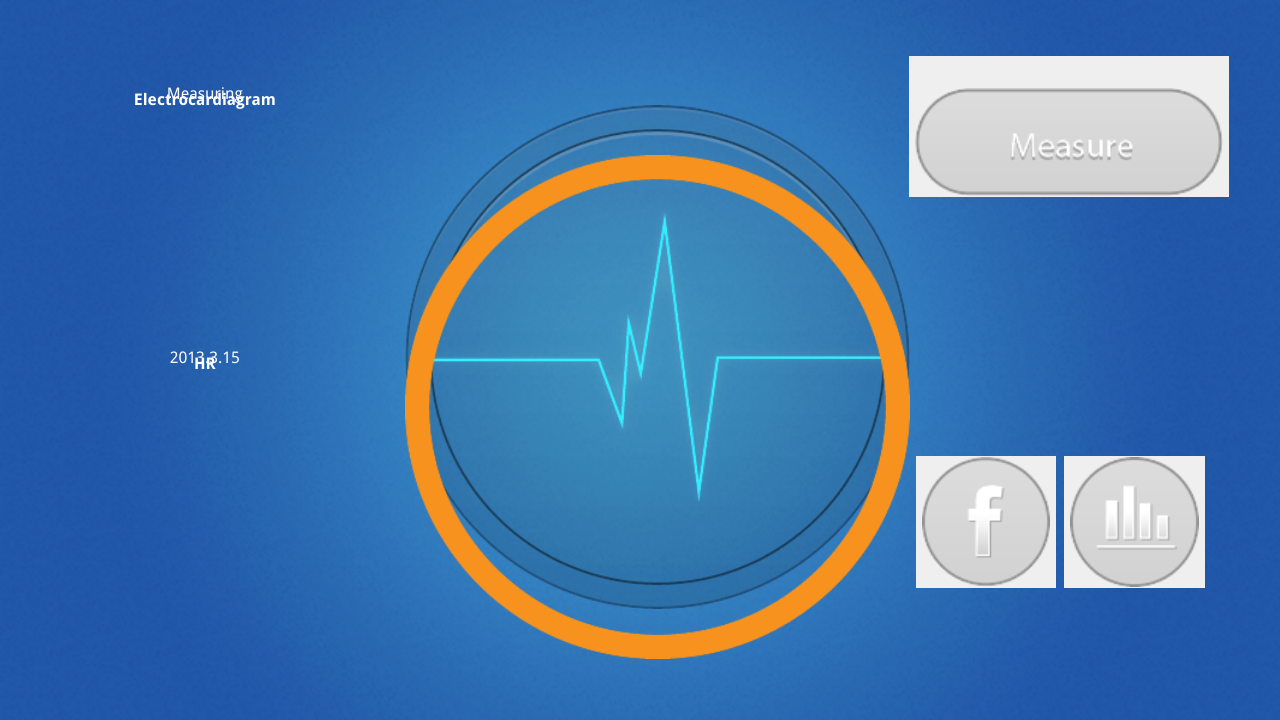
Repository: chouwill79131/IEcontest
Page: BluetoothChat/assets/main.html
An editor plug-in stored every save of this project. The page is shown before and after the next save, followed by the edit.
The browser window is 1280 px wide. The pictures show the whole page.

Above is the page before, as saved 2013-03-08 18:34:18.
Console error: TypeError: Cannot set properties of null (setting 'innerHTML')

### BluetoothChat/assets/main.html
<html>
  <head>
    <meta http-equiv="Content-Type" content="text/html; charset=utf-8"/>
    <link href="main.css" rel="stylesheet"/>
    <script src="jquery.js"></script>
    <script src="highcharts.js"></script>
    <script src="delay.js"></script>
    <script src="main.js"></script>
  </head>
  <body>
    <div id="main" >
    	<div class="left">
			<div class="text">
				<div class="word">Electrocardiagram</div><br />
				<div class="subword">Measuring</div><br />

				<div class="hr">HR</div><br />
				<div class="date">2013.3.15</div>
			</div>

		</div>

		<div class="mid">
			<img class="rhythm" src="button/rhythm.png" />
			<img class="circle" src="button/circle.png" />
		</div>

		<div class="right">
			<button class="measure"><img src="button/Measure.png" /></button><br />
			<button class="share" ><img src="button/Share.png" /></button>
			<button class="record"><img src="button/Record.png" /></button>
		</div>




	</div>
  </body>
</html>

### BluetoothChat/assets/main.css
@font-face {
    font-family: droidsans;
    src: url(fonts/droidsans.ttf);
}

@font-face {
    font-family: DroidSans-Bold;
    src: url(fonts/DroidSans-Bold.ttf);
}

@font-face {
    font-family: DroidSans-Italic;
    src: url(fonts/DroidSans-Italic.ttf);
}


body { margin:0; padding:0; }
#main { width: auto; height: 100%; background-image: url(button/background.png); background-size: 100% 100%; }
.left, .mid, .right {float: left; height: 100%; }


.left {  width: 28%; padding-left:2%;}
.text, .hr , .date{ text-align: center; color:white;}
.word { margin-top: 25%;  font-family: DroidSans-Bold ;}
.subword, .date { margin-top:-12%; font-family: droidsans ;}
.hr {   margin-top: 65%;  font-family: DroidSans-Bold }
.date { font-family: droidsans ;}

.mid { width: 41%; }
.rhythm, .circle { width: auto; height:70%; margin-left: 4%; }
.rhythm { margin-top: 20%; z-index: 1; }
.circle { margin-top: -86.5%; z-index: 2; position: relative;}

.right { width: 29%; }
.right button { float: left; border: none;  }
.measure img {margin-top: 10%; width: auto;  height:15%; }
.share img, .record img { width: auto;  height:18%; }
.measure { margin-left: 0%; margin-top: 15%; }
.share, .record { margin-top: 70%; margin-left: 2%; }


<!--
border? font? .record_top
-->

### BluetoothChat/assets/delay.js

$(function(){
setTimeout(function(){
$.getScript("dy_chart.js");
},200)
})

### BluetoothChat/assets/main.js
var chart;
var step = 0.01;	//step0.008每秒125點	//0.005極限
var xstart = step;
var hr = "--";
var score = "--";
var index;
$(document).ready(function ready() {

    var s = "";
    var theDate = new Date();
    s += theDate.getYear()+1900 + ".";                //  年
    s += (theDate.getMonth() + 1) + ".";				// 月
    s += theDate.getDate(); 							// 日
    document.getElementById("date").innerHTML = s;
    index = document.getElementById("main").innerHTML; //保留首頁

    $(".measure").live("click", function() {
      measure();
    }); //click .measure


}); //(document).ready

function shared(){
	view1 = document.getElementById("rhythm").innerHTML;
	document.getElementById("rhythm").innerHTML = view1+'<img class="stop" src="button/complete.png" style="width:100%; margin-top: -50% ;z-index:5;position: relative;" />';
	$("#main").live("click", function() {
      document.getElementById("rhythm").innerHTML = view1;
    });
}

function complete(hr1,score1){
  hr = hr1;
  score = score1;
  view = document.getElementById("dy_chart").innerHTML;
  document.getElementById("dy_chart").innerHTML = view+'<img class="stop" src="button/Completed.png" style="width:50%; margin: -20% 0% 0% 25%; z-index:2;position: relative;" />';
  $(".stop").html('<img src="button/Continue.png" />');
}

function addSomething(a) {
  for (var i in a){
    chart.series[0].addPoint([xstart,a[i]],false,true);
    xstart += step;
  }
  chart.redraw();
}

function history(history){
	view2 = document.getElementById("main").innerHTML;
    $("#main").html(
    '<div class="main1">'+
	'<div class="contain">'+
	'<div id="dy_chart" style="z-index:1;position: relative;"></div>'+
	'</div>'+
	'<div id="foot">'+
	'<button class="stop">'+
	'<img src="button/Back.png" />'+
	'</button>'+
	'</div>'+
    '</div>'
    );

    Highcharts.setOptions({
      global: {
	useUTC: true
      }
    });

    hischart = new Highcharts.Chart({
      chart: {
		renderTo: 'dy_chart',
		backgroundColor: 'transparent',
		type: 'line',
      },
      title: {
		style:{ color: '#FFFFFF'},
		text: 'Measure history',
      },
      credits: {			// highchart.com
		enabled:false
      },
      legend: {  			// 線的標示
        enabled: false
      },
      xAxis: {
      	type: 'datetime',
		dateTimeLabelFormats: { // don't display the dummy year
	  		month: '%e. %b',
	  		year: '%b'
		},
		lineColor: '#FFFFFF',
		labels: {
	  		style: {
				color: '#FFFFFF',
			}
		}
	  },
	  yAxis: {
	    title: {text: 'Feeling',
	    			style: {
						color: '#FFFFFF',
					}
				},
	  	gridLineColor: '#FFFFFF',
	  	labels: {
	  		style: {
				color: '#FFFFFF',
			}
		}
	  },
	  plotOptions: {
                line: {
                    dataLabels: {
                        enabled: true,
                        color: '#FFFFFF',
                    },
                    enableMouseTracking: true,
                }
      },
	series: [{
	  name: 'measure history',
	  color: '#FFFFFF',
	  data: history
	}],
    });

    $(".stop").live("click", function(){
 //     hr = "--";
      $(".main1").html(view2);
 //     document.getElementById("hr").innerHTML = hr;
    });
};// .record click

function measure(){
	xstart = 0.01;
	$("#main").html('<div class="main1">'+
		'<div class="contain">'+
		'<div id="dy_chart" style="z-index:1;position: relative;"></div>'+
		'</div>'+
		'<div id="foot">'+
		'<button class="stop" onclick="window.MyHandler.disconnect()">'+
		'<img src="button/Stop.png" />'+
		'</button>'+
		'</div>'+
      	'</div>');
    Highcharts.setOptions({
      global: {useUTC: true }
    });
    chart = new Highcharts.Chart({
      chart: {
		renderTo: 'dy_chart',
		backgroundColor: 'transparent',
		type: 'spline',
		marginRight: 10,
      },
      credits: {enabled:false},
      title: {
		style:{ color: '#FFFFFF'},
		text: 'Electrondiagram',
      },
      xAxis: {
		type: 'x Axis',
		style:{ color: '#FFFFFF'},
		tickPixelInterval: 100,
		lineColor: '#FFFFFF',
		labels: {style: {color: '#FFFFFF'}},
      },
      yAxis: {
      	title: {
      		text: 'Score',
      		style: {color: '#FFFFFF'}},
	  		gridLineColor: '#FFFFFF',
	  		labels: {style: {color: '#FFFFFF'}},
			//max:1500,
			//min:0,
			title: {
	  			style:{ color: '#FFFFFF'},
	  			text: 'PPG'
	  		},
			plotLines: [{value: 0,width: 1}]
      	},
      	legend: {enabled: false},
      	exporting: {enabled: false},
      	plotOptions: {
			spline: {
	  			lineWidth: 1,
	  			states: {
	    			hover: {
	      				enabled: false,
	      				lineWidth: 2
	    			}
	  			},
	  		marker: {
	    		enabled: false,
	    		states: {
	      			hover: {
						enabled: false,
	      			}
	    		}
	  		},
		}
      }, // yAxis
      series: [{
		name: 'Data',
		color: '#FFFFFF',
		data: (function() {
	  		var data = [];
	  		var step = 0.01;	//step0.008每秒125點	//0.005極限
			var xstart = step;
	  		for (var i = -4; i <= xstart; i+=step){data.push({x: i,y: 0 });}
	  		return data;
		})()
		}]
    }); //Highcharts

    hr = '--';
    score = '--';
    $(".stop").live("click",function() {
      $(".main1").html(index);
      document.getElementById("hr").innerHTML = hr;
      document.getElementById("rhythm").innerHTML = '<div id="score">'+score+'</div><img class="circle" src="button/circle.png" />';
    }); //click .stop
}

### BluetoothChat/assets/dy_chart.js
var chart;
var step = 0.01;	//step0.008每秒125點	//0.005極限
var xstart = step;
//a = Math.random();
var hr = 15;
var score = 80;
function complete(hr1,score1){
	hr = hr1;
	score = score1;
	view = document.getElementById("dy_chart").innerHTML;
	document.getElementById("dy_chart").innerHTML = view+'<img class="stop" src="button/60.png" style="width:50%; margin: -20% 0% 0% 25%; z-index:2;position: relative;" /><br />'+hr+',<br />'+score;
}

function addSomething(a) {
//	setInterval(function() {        			 // for testing feq
	for (var i in a){
		chart.series[0].addPoint([xstart,a[i]],false,true);
		xstart += step;
	}

	/**
	chart.series[0].addPoint([xstart,a],false,true);
	xstart += step;
	**/

	chart.redraw();
//	}, 1000);									// for testing feq
}



$(function () {
	$(".stop").click(function() {
	$(".main1").html('  <div id="main" >'+
    	'<div class="left">'+
			'<div class="text">'+
				'<div class="word">Electrocardiagram</div><br />'+
				'<div class="subword">Measuring</div><br />'+
				'<div class="hr">HR <span id="hr"></span></div>'+
				'<div id="date"></div>'+
			'</div>'+
		'</div>'+
		'<div class="mid" id="mid">'+
			'<div class="score">84</div>'+
			'<img class="circle" src="button/circle.png" />'+
		'</div>'+
		'<div class="right">'+
			'<button class="measure"><img src="button/Measure.png" /></button><br />'+
			'<button class="share" ><img src="button/Share.png" /></button>'+
			'<button class="record"><img src="button/Record.png" /></button>'+
		'</div>'+
	'</div>');
 // 		window.location.href = "complete.html";
	});
    $(document).ready(function() {
        Highcharts.setOptions({
            global: {
                useUTC: false
            }
        });

        chart = new Highcharts.Chart({
            chart: {
                renderTo: 'dy_chart',
                backgroundColor: 'transparent',
                type: 'spline',
                marginRight: 10,
            },
            credits: {
            enabled:false
            }
            ,
            title: {
            	style:{ color: '#FFFFFF'},
                text: 'Electrondiagram',
            },
            xAxis: {
                type: 'x Axis',
                style:{ color: '#FFFFFF'},
                tickPixelInterval: 150
            },
            yAxis: {
            	max:1500,
            	min:0,
                title: {
                	style:{ color: '#FFFFFF'},
                    text: 'Value'
                },
                plotLines: [{
                    value: 0,
                    width: 1,
                }]
            },

            legend: {
                enabled: false
            },
            exporting: {
                enabled: false
            },
	    plotOptions: {
                spline: {
                   lineWidth: 1,
                   states: {
                       hover: {
                       	enabled: false,
                        lineWidth: 2
                       }
                   },
                   marker: {
                      enabled: false,
                      states: {
                          hover: {
                             enabled: false,
                          }
                      }
                  },
               }
            },
            series: [{
                name: 'Data',
                color: '#FFFFFF',
                data: (function() {
                    // generate an array of random data
                    var data = [],
                        time = (new Date()).getTime(),i;

                    for (i = -4; i <= xstart; i+=step) {
                        data.push({
                            x: i,
                            y: 0
                        });
                    }
                    return data;
                })()
            }]
        });
    });
});

Loaded but not shown: BluetoothChat/assets/jquery.js (library); BluetoothChat/assets/highcharts.js (library)

After the next save:
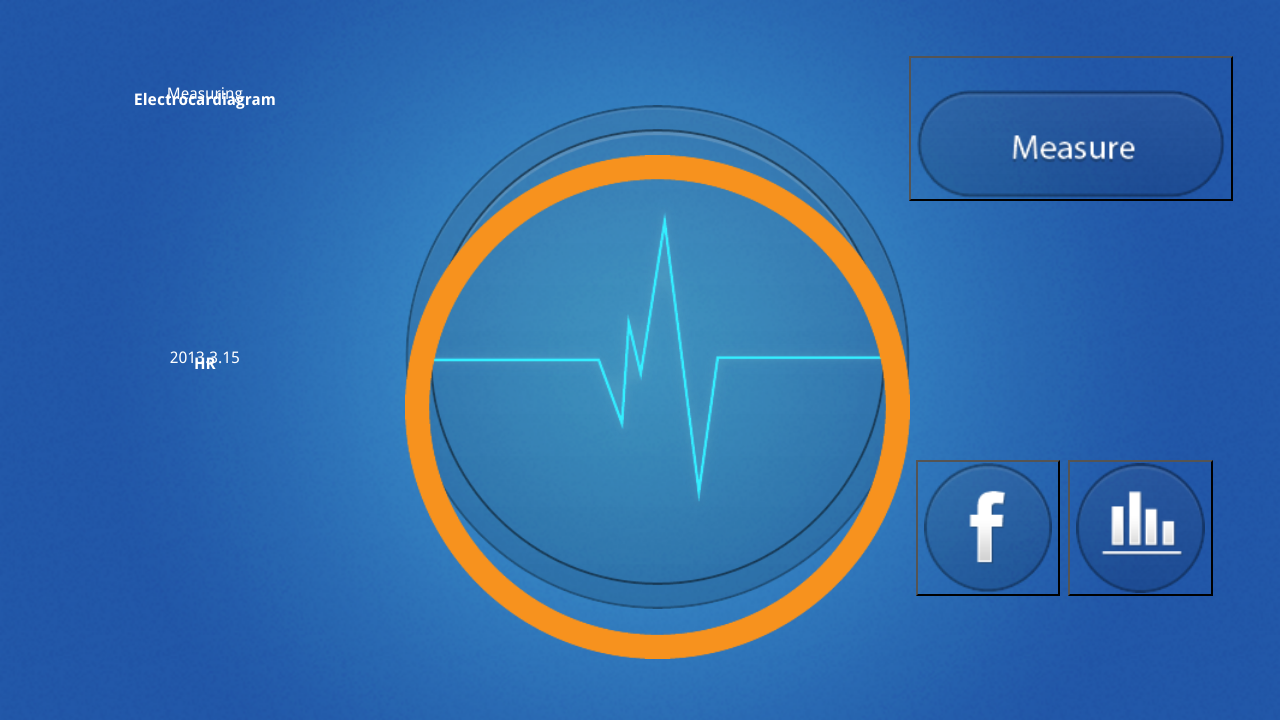
Saved 16 s later.
--- a/BluetoothChat/assets/main.css
+++ b/BluetoothChat/assets/main.css
@@ -32,7 +32,7 @@ body { margin:0; padding:0; }
 .circle { margin-top: -86.5%; z-index: 2; position: relative;}
 
 .right { width: 29%; }
-.right button { float: left; border: none;  }
+.right button { float: left;  background: transparent; }
 .measure img {margin-top: 10%; width: auto;  height:15%; }
 .share img, .record img { width: auto;  height:18%; }
 .measure { margin-left: 0%; margin-top: 15%; }
